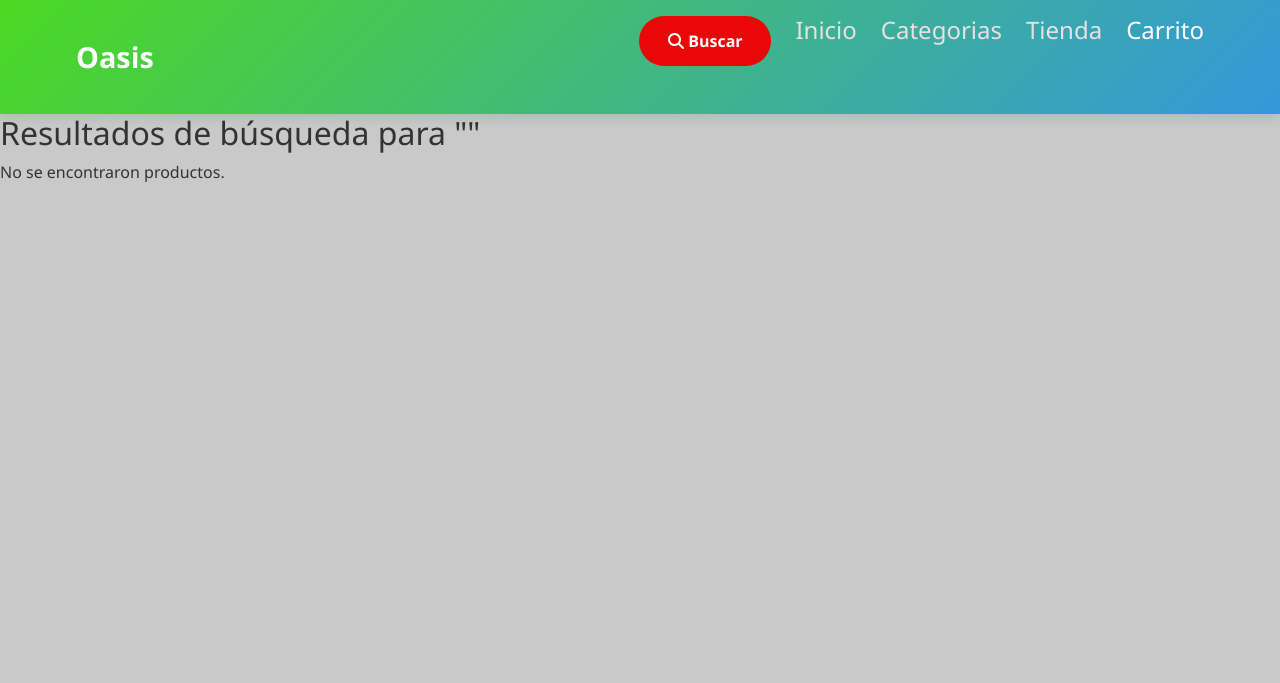
Repository: chicharo2025/oasis
Page: django_techstore/productos/templates/productos/buscar.html
These files come from the project's save history. The page is drawn as it stood at one moment and after the next save; the edit follows.
The browser window is 1280 px wide. The pictures show the whole page.
The template is drawn by Django 5.2. The application's start-up code is not run. The template is opened directly, without the code that normally fills it, so the values that code supplies are empty.

Above is the page before, as saved 2025-04-21 23:41:11.

After the next save:
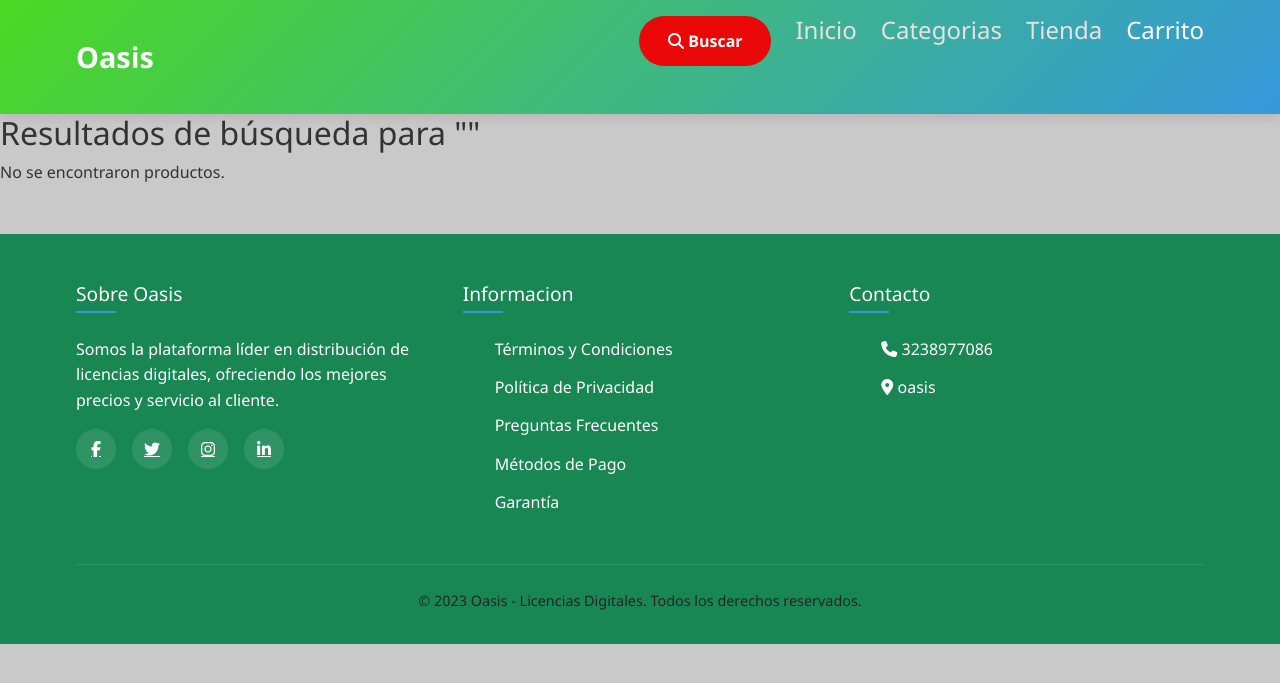
Saved 20 s later.
--- a/django_techstore/productos/templates/productos/buscar.html
+++ b/django_techstore/productos/templates/productos/buscar.html
@@ -16,3 +16,4 @@
 {% else %}
 <p>No se encontraron productos.</p>
 {% endif %}
+{% include "productos/footer.html" %}
